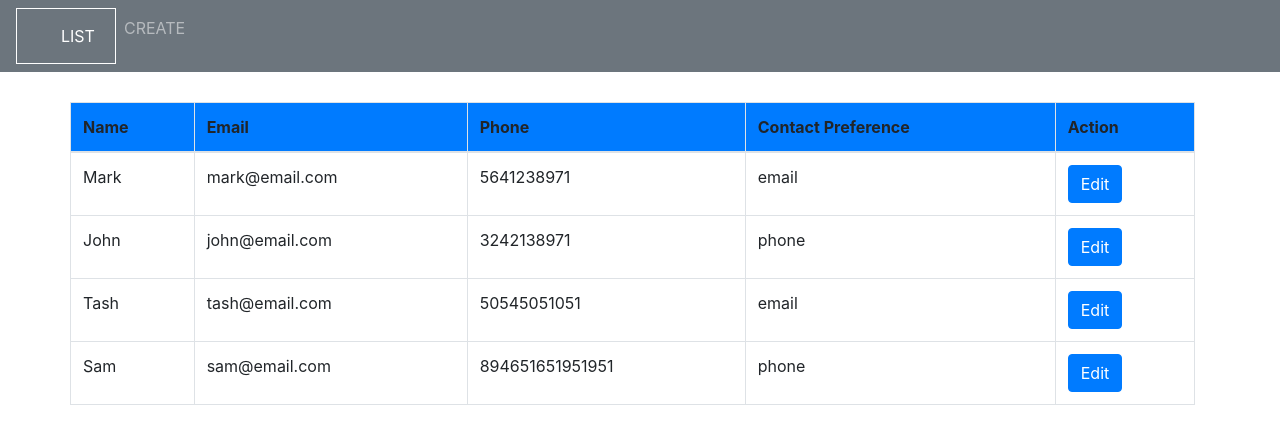
Repository: hanumanthnbalu/NG_FORMS
Page: /
The author's editor kept a copy of each file at every save. The page is drawn from the files as they stood at one save, then again after the next save.
The browser window is 1280 px wide. The pictures show the whole page.
Some web libraries are served in a nearby version. The project was rebuilt for these pictures with package versions that can differ from the ones it lists, and the page was loaded fresh each time. Requests to the local data server were answered from the project's data file. Also part of the build but not shown: angular.json, src/app/not-found/not-found.component.ts, src/app/forms/create-employee/create-employeecomponent.ts.

Above is the page before, as saved 2019-09-25 22:13:37.

After the next save:
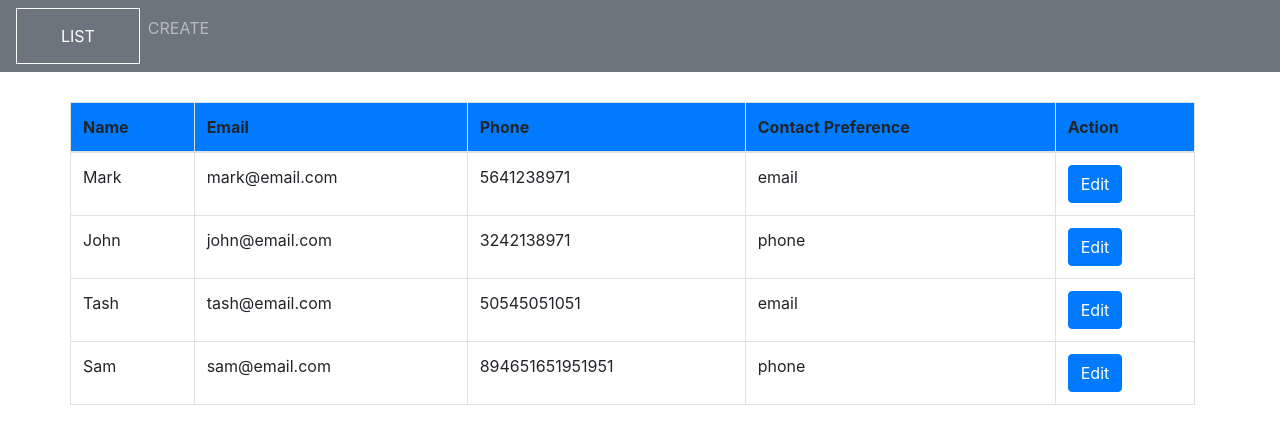
Saved 22 s later.
--- a/src/app/header/header.component.scss
+++ b/src/app/header/header.component.scss
@@ -1,5 +1,5 @@
 a.nav-link.active {
-	width: 100px;
+	// width: 100px;
 	text-align: center;
 	border: 1px solid white;
 	padding: 15px 44px;
